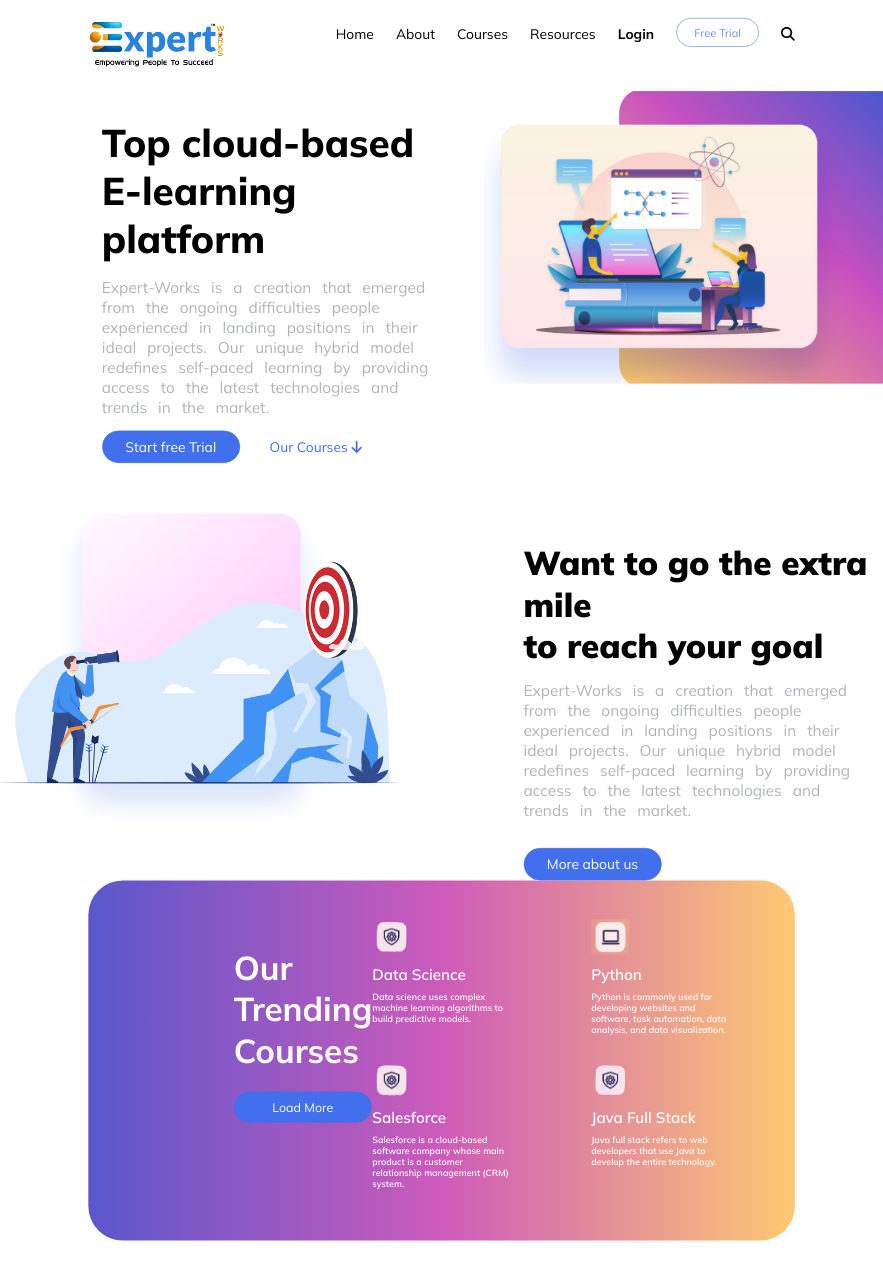
Repository: FlyweisReact/Raghu-B2C
Page: /homePage
These files come from the project's save history. The page is drawn as it stood at one moment and after the next save; the edit follows.
The browser window is 1280 px wide. The pictures show the whole page, at 69% of full size.
Some web libraries are served in a nearby version. The project was rebuilt for these pictures with package versions that can differ from the ones it lists, and the page was loaded fresh each time. Also part of the build but not shown: src/Footer/footer.scss, src/Footer/Footer.jsx, src/component/pages/courses/course.scss, src/component/Navbar/nav.scss, src/component/Navbar/Nav.jsx, src/component/navigation/NavItems.js, src/component/navigation/Dropdown.css, src/component/navigation/Dropdown.js and 43 more.

Above is the page before, as saved 2023-02-03 16:26:40.

After the next save:
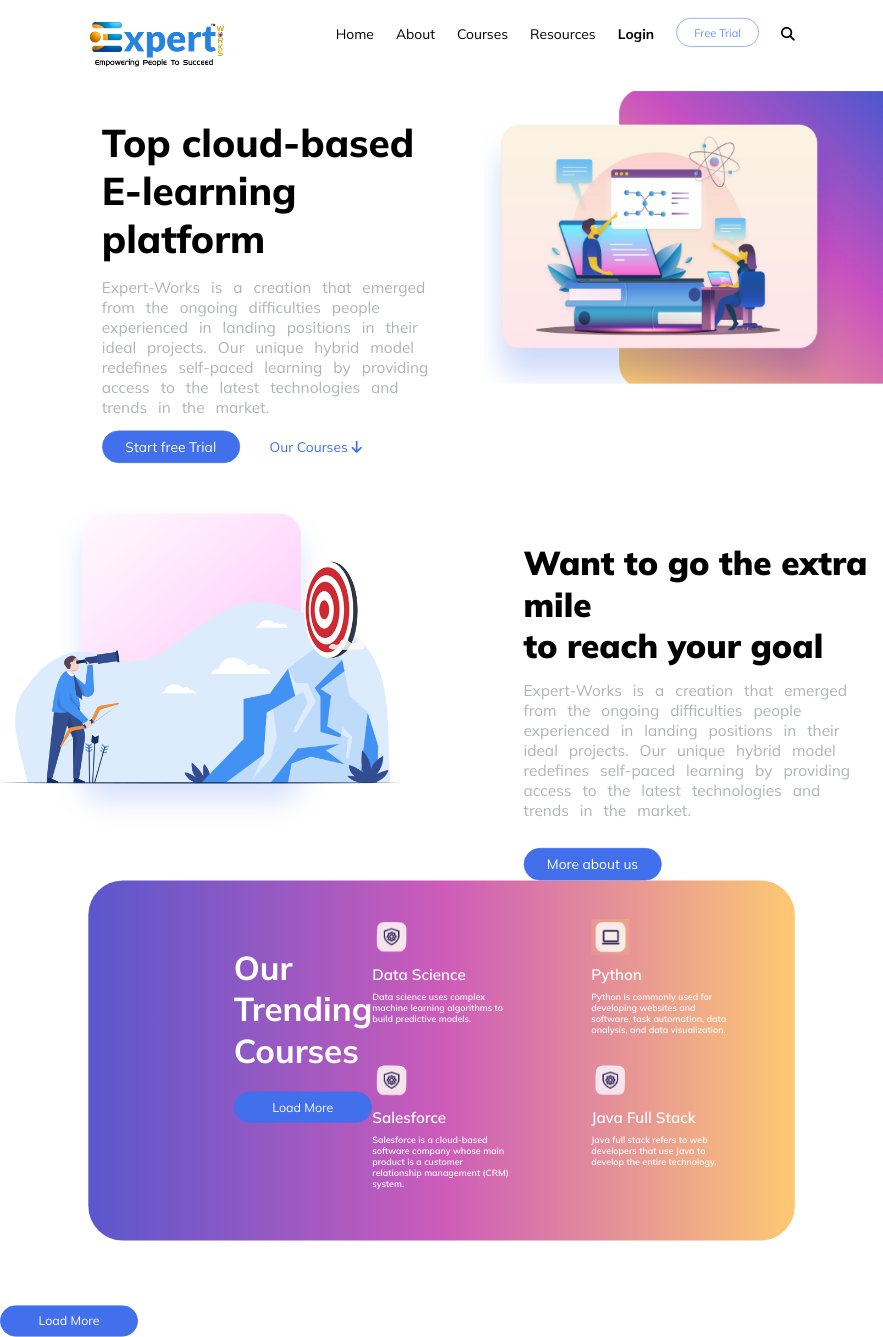
Saved 14 s later.
--- a/src/HomePage.js
+++ b/src/HomePage.js
@@ -175,7 +175,22 @@ const HomePage = () => {
 
                 <div className="newTwoSec">
                     <div className="left"></div>
-                    <div className="right"></div>
+                    <div className="right">
+                    <button
+            style={{
+              backgroundColor: "#426fec",
+              color: "#fff",
+              width: "200px",
+              border: "1px solid #426fec",
+              fontSize: "18px",
+              borderRadius: "50px",
+              padding: "10px",
+              marginTop: "30px",
+            }}
+          >
+            Load More
+          </button>
+                    </div>
                 </div>
 
 
